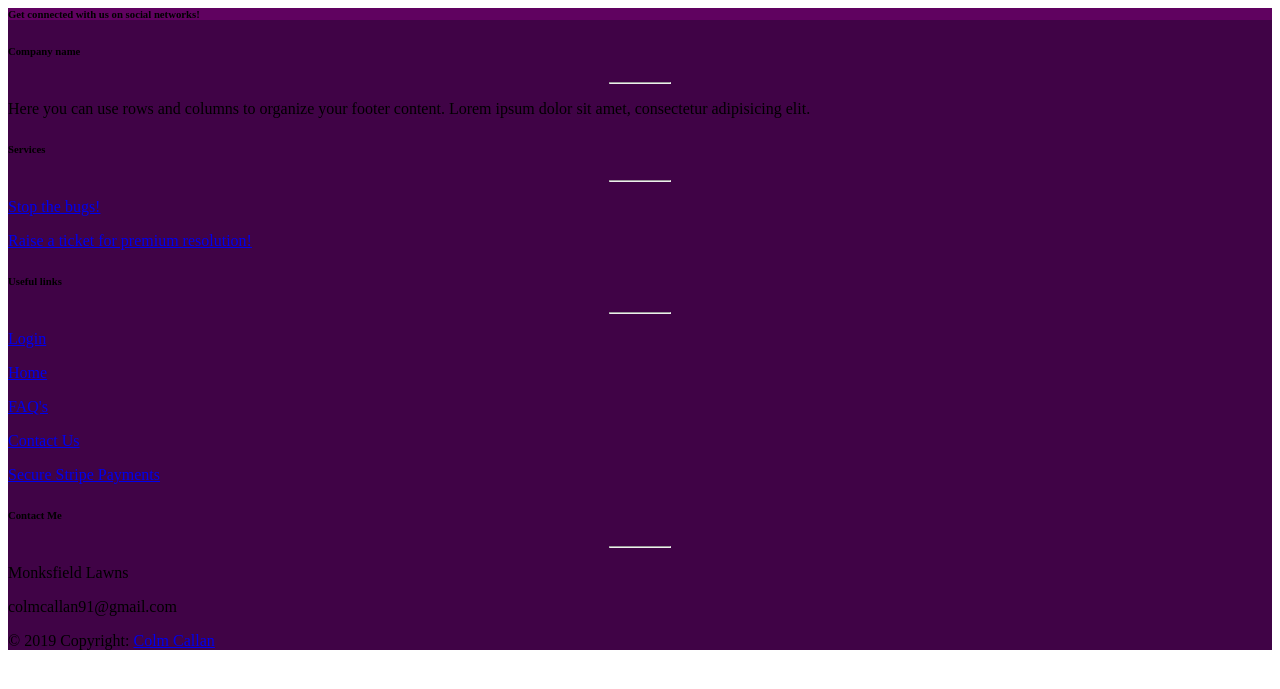
Repository: colmcallan/milestoneproject4
Page: templates/includes/_footer.html
The author's editor kept a record of every edit. The page is drawn from the files as they stood at one moment, then again after the next edit.
The browser window is 1280 px wide. The pictures show the whole page.
The template is drawn by Django 2.2. The application's start-up code is not run. The template is opened directly, without the code that normally fills it, so the values that code supplies are empty.

Above is the page before.

After the next edit:
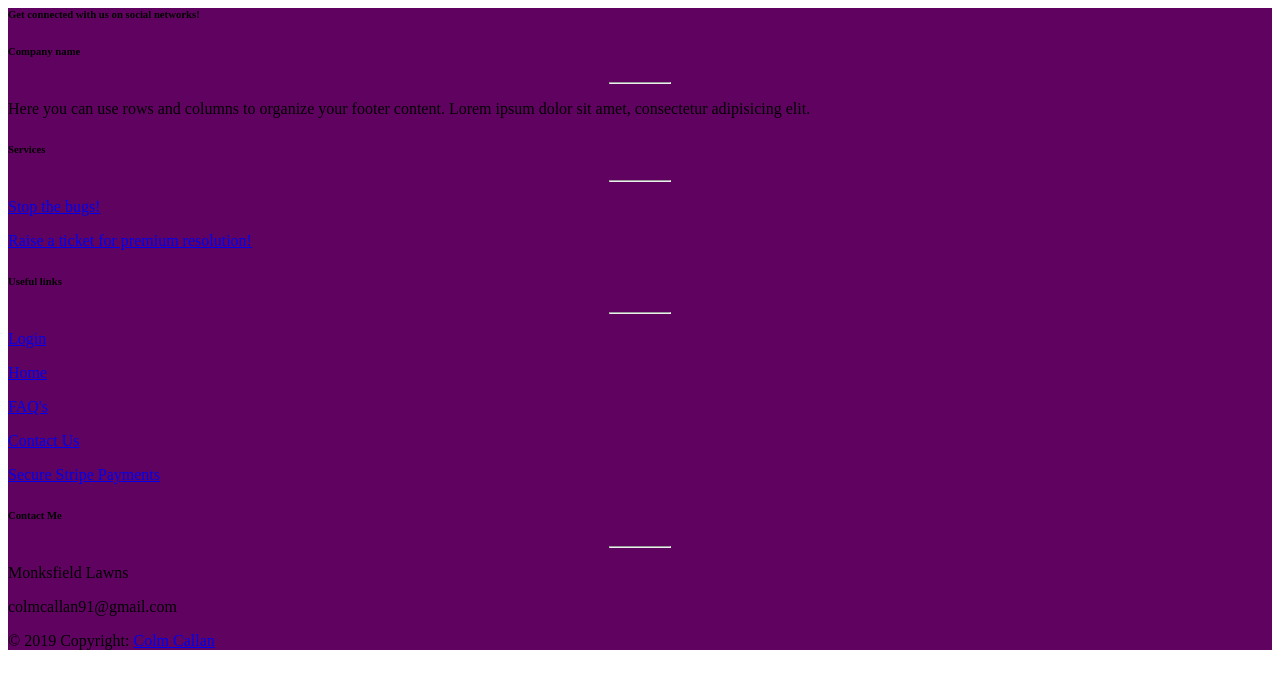
The edit:
--- a/templates/includes/_footer.html
+++ b/templates/includes/_footer.html
@@ -17,7 +17,7 @@
         <!-- Grid column -->
         <div class="col-md-6 col-lg-7 text-md-right">
         	<!--Github-->
-
+        	<div class="footerlinks">
         	<a href="https://github.com/colmcallan" target="_blank">
         	<i class="fab fa-github mr-4"></i>
         	</a>

After the edit that followed:
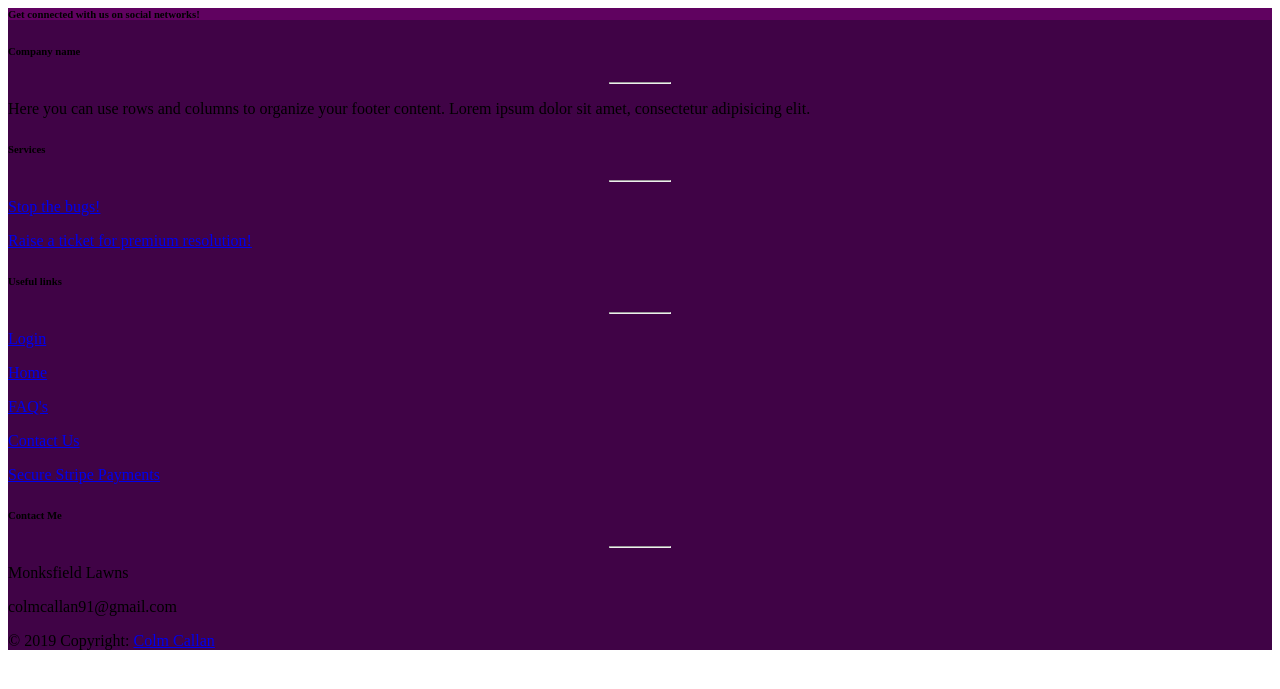
The edit:
--- a/templates/includes/_footer.html
+++ b/templates/includes/_footer.html
@@ -33,7 +33,7 @@
           <a href="https://www.instagram.com/collybear09/" target="_blank">
             <i class="fab fa-instagram mr-4"> </i>
           </a>
-
+</div>
         </div>
         <!-- Grid column -->
 
